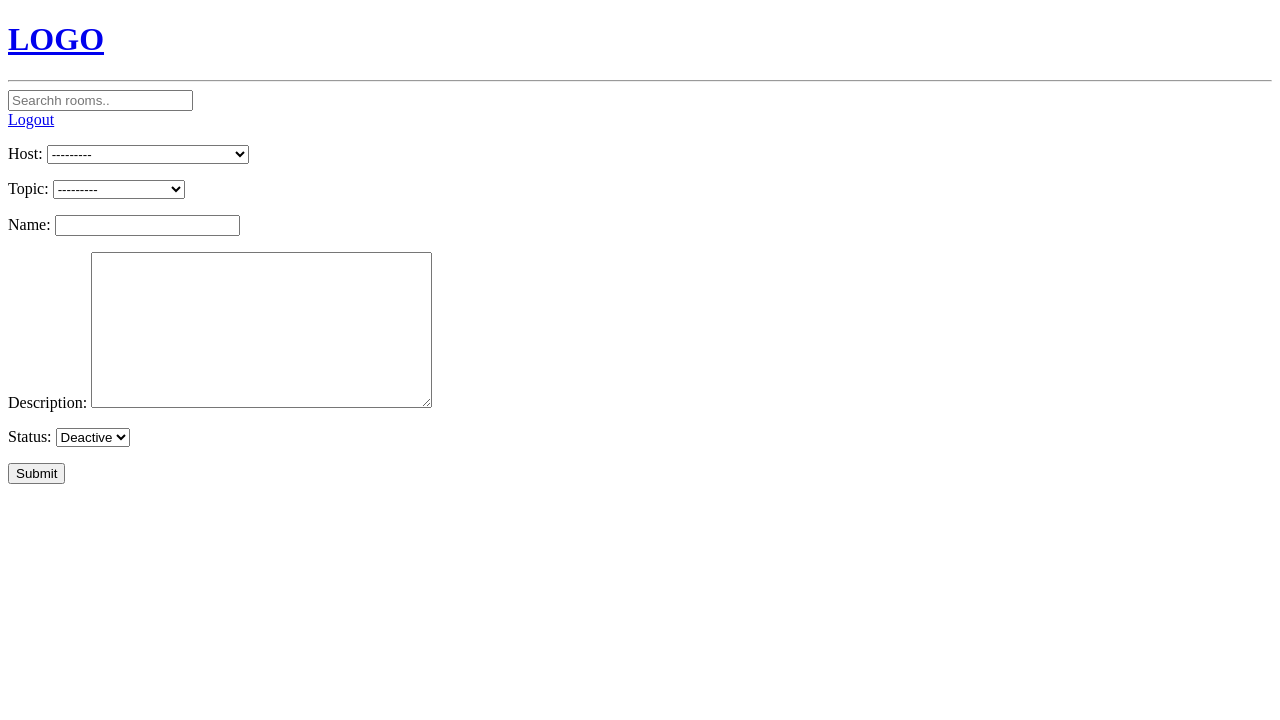
Repository: Dibbya65/Django-Basic
Page: http://localhost/create/room/
The author's editor kept a copy of each file at every save. The page is drawn from the files as they stood at one save, then again after the next save.
The browser window is 1280 px wide. The pictures show the whole page.
The page is served by the project's application, run on Django 3.2 (manage.py). The first stored user is signed in. Other server files are loaded and not shown. The page reads the database file committed with the project.

Above is the page before, as saved 2021-11-15 20:57:16.

### base/templates/base/room_form.html
{% extends 'layouts/master.html' %}
{% block title %}Room Form{% endblock title %}
{% block content %}
<div>

    <form method="POST" action="{% url 'create-room' %}">
    {% csrf_token %}
    {{form.as_p}}
    <input type="submit" value="Submit" />
    </form>
</div>
{% endblock content %}

### templates/layouts/master.html
<!DOCTYPE html>
<html lang="en">

  <head>
    <meta charset="UTF-8" />
    <meta http-equiv="X-UA-Compatible" content="IE=edge" />
    <meta name="viewport" content="width=device-width, initial-scale=1.0" />
    <title>MySite | {% block title %} {% endblock %}</title>
  </head>

  <body>
    <a href="/">
      <h1>LOGO</h1>
    </a>
    <hr>
    <form action="{% url 'home' %}" method="GET">
      <input type="text" name="q" placeholder="Searchh rooms.." />
    </form>
    {% if request.user.is_authenticated %}
    <a href="{% url 'logout' %}">Logout</a>
    {%else%}
    <a href="{% url 'login' %}">Login</a>
    {% endif %}
    {% if messages %}
    <ul class="messages">
      {% for message in messages %}
      <li>{{ message }}</li>
      {% endfor %}
    </ul>
    {% endif %}
    {% block content %}{% endblock %}
  </body>

</html>

### base/models.py
from django.db import models
from django.contrib.auth.models import User
# Create your models here.


# topic model
class Topic(models.Model):
    name = models.CharField(max_length=200)

    def __str__(self):
        return self.name

# room model


class Room(models.Model):
    host = models.ForeignKey(User, on_delete=models.SET_NULL, null=True)
    topic = models.ForeignKey(Topic, on_delete=models.SET_NULL, null=True)
    name = models.CharField(max_length=200)
    description = models.TextField(null=True, blank=True)
    Active = 'Active'
    Deactive = 'Deactive'
    STATUS_CHOICE = ((Active, Active), (Deactive, Deactive))
    status = models.CharField(
        max_length=50, choices=STATUS_CHOICE, default=Deactive)
    created_at = models.DateTimeField(auto_now_add=True)
    updated_at = models.DateTimeField(auto_now=True)

    class Meta:
        ordering = ['-updated_at', '-created_at']

    # string representation
    def __str__(self):
        return self.name

# message model


class Message(models.Model):
    user = models.ForeignKey(User, on_delete=models.CASCADE)
    room = models.ForeignKey(Room, on_delete=models.CASCADE)
    body = models.TextField()
    created_at = models.DateTimeField(auto_now_add=True)
    updated_at = models.DateTimeField(auto_now=True)

    def __str__(self):
        return self.body[0:50]

### base/views.py
from django.shortcuts import render, redirect
from django.http import HttpResponse
from django.db.models import Q
from django.contrib.auth.models import User
from django.contrib.auth import authenticate, login, logout
from django.contrib import messages
from django.contrib.auth.decorators import login_required
from .models import Room, Topic
from .forms import RoomForm

# Create your views here.


def login_page(request):
    if request.user.is_authenticated:
        return redirect("home")

    if request.method == "POST":
        username = request.POST.get("username")
        password = request.POST.get("password")

        try:
            user = User.objects.get(username=username)
        except:
            messages.error(request, "User does not exist")

        user = authenticate(request, username=username, password=password)

        if user is not None:
            login(request, user)
            return redirect("home")
        else:
            messages.error(request, "Invalid credentials")

    context = {}
    return render(request, "base/login.html", context)


def logout_user(request):
    logout(request)
    return redirect("home")


def home(request):
    q = request.GET.get("q") if request.GET.get("q") != None else ""
    rooms = Room.objects.filter(
        Q(topic__name__icontains=q) | Q(name__icontains=q) | Q(description__icontains=q)
    )
    topics = Topic.objects.all()
    room_count = rooms.count()
    context = {"rooms": rooms, "topics": topics, "room_count": room_count}
    return render(request, "base/home.html", context)


def room(request):
    rooms = Room.objects.all()
    context = {"rooms": rooms}
    return render(request, "base/room.html", context)


def roomdetail(request, pk):
    room = Room.objects.get(id=pk)
    context = {"room": room}
    return render(request, "base/single-room.html", context)


@login_required(login_url="login")
def create_room(request):
    form = RoomForm()
    if request.method == "POST":
        form = RoomForm(request.POST)
        if form.is_valid():
            form.save()
            return redirect("home")

    context = {"form": form}
    return render(request, "base/room_form.html", context)


@login_required(login_url="login")
def update_room(request, pk):
    room = Room.objects.get(id=pk)
    form = RoomForm(instance=room)

    if request.user != room.host:
        return HttpResponse("Unauthenticated!")

    if request.method == "POST":
        form = RoomForm(request.POST, instance=room)
        if form.is_valid():
            form.save()
            return redirect("home")

    context = {"form": form}
    return render(request, "base/room_form.html", context)


@login_required(login_url="login")
def delete_room(request, pk):
    room = Room.objects.get(id=pk)
    if request.user != room.host:
        return HttpResponse("Unauthenticated!")

    if request.method == "POST":
        room.delete()
        return redirect("home")
    return render(request, "base/delete.html", {"obj": room})

### studybud/urls.py
"""studybud URL Configuration

The `urlpatterns` list routes URLs to views. For more information please see:
    https://docs.djangoproject.com/en/3.2/topics/http/urls/
Examples:
Function views
    1. Add an import:  from my_app import views
    2. Add a URL to urlpatterns:  path('', views.home, name='home')
Class-based views
    1. Add an import:  from other_app.views import Home
    2. Add a URL to urlpatterns:  path('', Home.as_view(), name='home')
Including another URLconf
    1. Import the include() function: from django.urls import include, path
    2. Add a URL to urlpatterns:  path('blog/', include('blog.urls'))
"""
from django.contrib import admin
from django.urls import path, include


urlpatterns = [
    path('admin/', admin.site.urls),
    path('', include('base.urls'))
]

### base/urls.py
from django.urls import path
from . import views

urlpatterns = [
    path('login/', views.login_page, name="login"),
    path('logout/', views.logout_user, name="logout"),
    path('', views.home, name="home"),
    path('room/', views.room, name="room"),
    path('room/<str:pk>', views.roomdetail, name="room-detail"),
    path('create/room/', views.create_room, name="create-room"),
    path('update/room/<str:pk>/', views.update_room, name="update-room"),
    path('delete/room/<str:pk>/', views.delete_room, name="delete-room")
]

### db.sqlite3 (the tables this page reads, as SQL)
CREATE TABLE "auth_user" ("id" integer NOT NULL PRIMARY KEY AUTOINCREMENT, "password" varchar(128) NOT NULL, "last_login" datetime NULL, "is_superuser" bool NOT NULL, "username" varchar(150) NOT NULL UNIQUE, "last_name" varchar(150) NOT NULL, "email" varchar(254) NOT NULL, "is_staff" bool NOT NULL, "is_active" bool NOT NULL, "date_joined" datetime NOT NULL, "first_name" varchar(150) NOT NULL);
INSERT INTO "auth_user" VALUES
(1, 'pbkdf2_sha256$260000$xQxpFxKQ9izBbopr3Dv7HS$ZdGFJYFjajdfBM/ZdnlG6gD0dgX/TKmGyoCCve4Q564=', '2021-11-20 11:25:23.454227', 1, 'dibbya6565', '', 'dibyakarki65@gmail.com', 1, 1, '2021-11-13 15:49:17.112151', ''),
(2, 'pbkdf2_sha256$260000$OcP3oMRwcVFmIc3QPSnltC$GpcmQjPkv0wxmOYWlv/oBQ69CVZRvql5qDH1FvXjTJM=', NULL, 0, 'prakashkarki6565', '', '', 0, 1, '2021-11-14 06:46:21.258105', ''),
(3, 'pbkdf2_sha256$260000$bYZBArIVxYmuNuu5Azzl9d$kAIAJAnHPVaaRNyIMyoHKCgxSXknbwf/ubpWAJYvAxQ=', '2021-11-15 11:51:20.490980', 0, 'prakashkarki6565@gmail.com', '', '', 0, 1, '2021-11-15 11:51:19.976423', ''),
(4, 'pbkdf2_sha256$260000$XQVrpvlajut1jjOP6a31hy$SR7rs3yBHY/pGjCoDxqTx/rkvUNTPMNaSyNaJWyzDpk=', '2021-11-20 08:32:44.875888', 0, 'praksh65', '', '', 0, 1, '2021-11-20 08:32:44.429889', '');

CREATE TABLE "base_topic" ("id" integer NOT NULL PRIMARY KEY AUTOINCREMENT, "name" varchar(200) NOT NULL);
INSERT INTO "base_topic" VALUES
(1, 'Python'),
(2, 'Web Development'),
(3, 'Javascript'),
(4, 'Django'),
(5, 'C++'),
(6, 'Vuejs ');

Loaded but not shown: base/forms.py (common file)

After the next save:
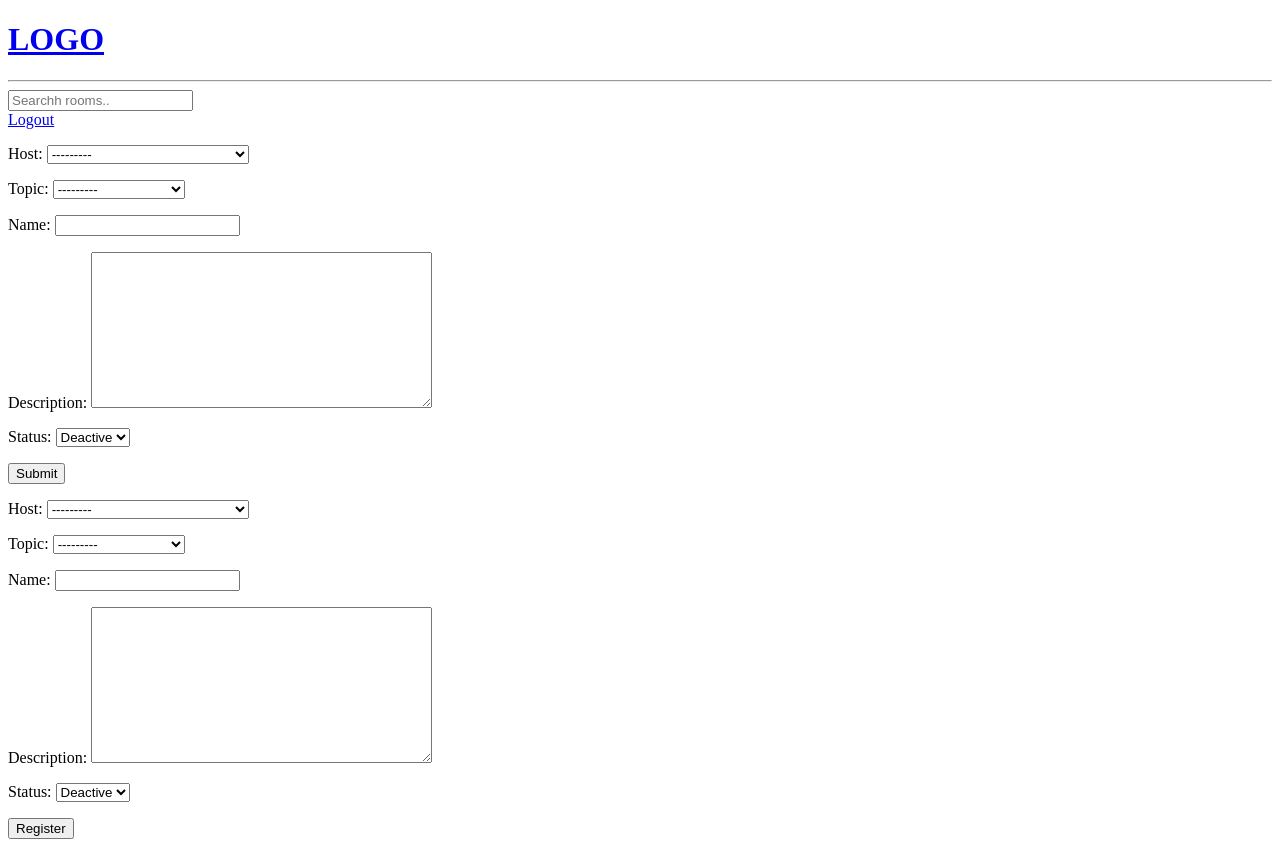
Saved 92 min 47 s later.
--- a/base/templates/base/room_form.html
+++ b/base/templates/base/room_form.html
@@ -4,9 +4,17 @@
 <div>
 
     <form method="POST" action="{% url 'create-room' %}">
-    {% csrf_token %}
-    {{form.as_p}}
-    <input type="submit" value="Submit" />
+        {% csrf_token %}
+        {{form.as_p}}
+        <input type="submit" value="Submit" />
+    </form>
+</div>
+<div>
+
+    <form method="POST" action="{% url 'create-room' %}">
+        {% csrf_token %}
+        {{form.as_p}}
+        <input type="submit" value="Register" />
     </form>
 </div>
 {% endblock content %}

After the save that followed:
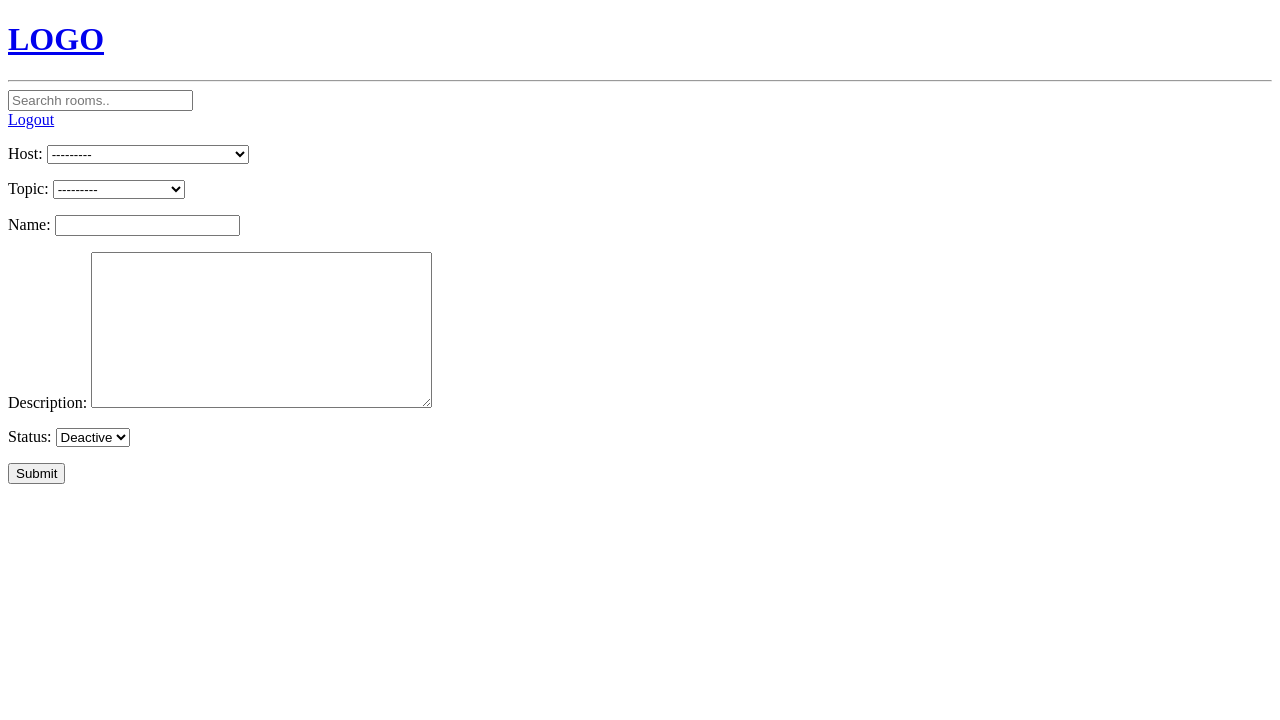
Saved 42 s later.
--- a/base/templates/base/room_form.html
+++ b/base/templates/base/room_form.html
@@ -9,12 +9,4 @@
         <input type="submit" value="Submit" />
     </form>
 </div>
-<div>
-
-    <form method="POST" action="{% url 'create-room' %}">
-        {% csrf_token %}
-        {{form.as_p}}
-        <input type="submit" value="Register" />
-    </form>
-</div>
 {% endblock content %}
